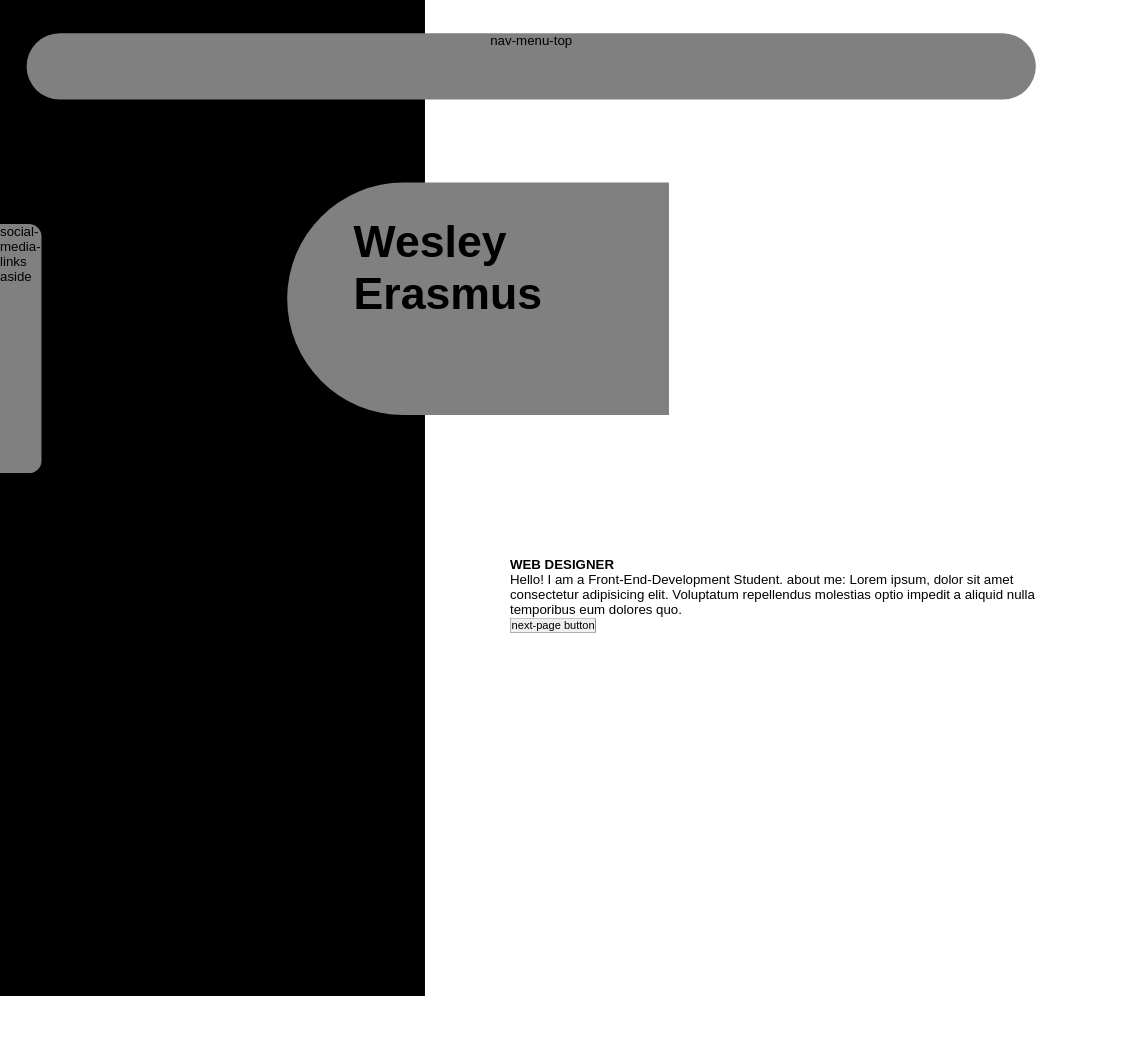
Repository: WesleyErasmus/MyDigitalResume-4
Page: index.html
The author's editor kept a copy of each file at every save. The page is drawn from the files as they stood at one save, then again after the next save.
The browser window is 1280 px wide. The page is 1357 px wide, then 1280 px, so the pictures cover 1357 px, including what lies to the right of the window. The pictures show the whole page, at 83% of full size.

Above is the page before, as saved 2022-02-15 20:52:12.

After the next save:
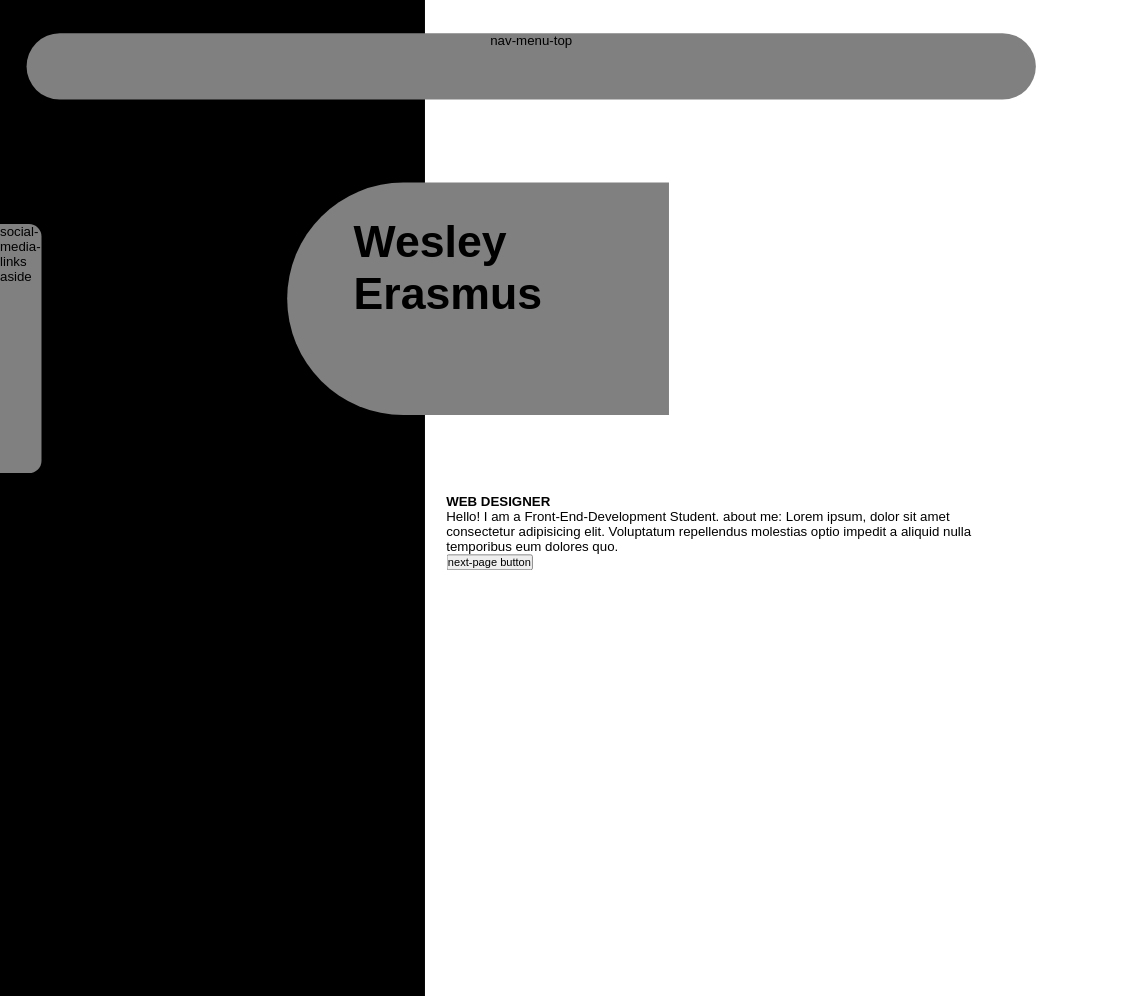
Saved 4 s later.
--- a/stylesheet.css
+++ b/stylesheet.css
@@ -69,5 +69,5 @@ article {
     position: absolute;
     height: 500px;
     top: 570px;
-    padding: 8%;
+    padding: 2%;
 }
